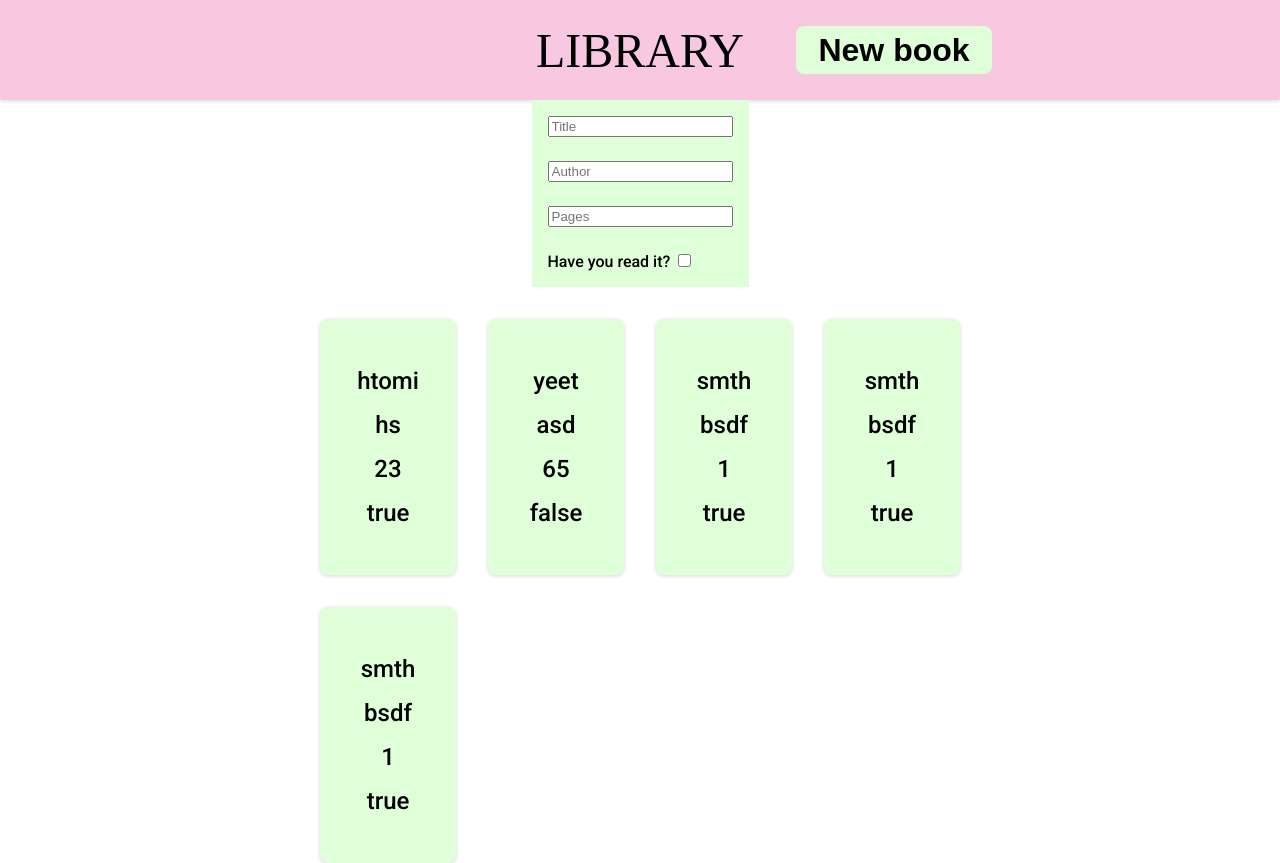
Repository: yeetzpxoci/library
Page: index.html
These files come from the project's save history. The page is drawn as it stood at one moment and after the next save; the edit follows.
The browser window is 1280 px wide. The pictures show the whole page.
Some web fonts or font styles are not loaded; a fallback is used.

Above is the page before, as saved 2023-02-21 16:00:16.

### index.html
<!DOCTYPE html>
<html lang="en">
<head>
    <meta charset="UTF-8">
    <meta http-equiv="X-UA-Compatible" content="IE=edge">
    <meta name="viewport" content="width=device-width, initial-scale=1.0">
    <title>Library</title>
    <link rel="stylesheet" href="styles.css">
    <link rel="preconnect" href="https://fonts.googleapis.com">
    <link rel="preconnect" href="https://fonts.gstatic.com" crossorigin>
    <link href="https://fonts.googleapis.com/css2?family=Roboto:wght@500&display=swap" rel="stylesheet">
    <link href="https://fonts.googleapis.com/css2?family=Gloock&display=swap" rel="stylesheet">
</head>
<body>
    <div class="header">
        <p></p>
        <p>LIBRARY</p>
        <button onclick="openForm()" id="newBook">New book</button>
    </div>

    <form id="input-form">
            <input type="text" name="title" id="title" placeholder="Title">
            <input type="text" name="author" id="author" placeholder="Author">
            <input type="number" name="pages" id="pages" placeholder="Pages">
            <div>
                <label for="read">Have you read it?</label>
                <input type="checkbox" name="read" id="read">
            </div>
    </form>

    <div id="cards">

    </div>
<script src="script.js"></script>
</body>
</html>

### styles.css
html, body {
    margin: 0;
    padding: 0;
}

body {
    display: flex;
    flex-direction: column;
    align-items: center;
    min-height: 100vh;
    background-color: white;
    font-family: 'Roboto', sans-serif;
}

.header {
    display: flex;
    align-items: center;
    justify-content: center;
    width: 100%;
    height: 100px;
    background-color: #F7C8E0;
    box-shadow: rgba(0, 0, 0, 0.16) 0px 1px 4px;
}

.header p {
    font-family: 'Gloock', serif;
    font-size: 48px;
}

#newBook {
    position: absolute;
    right: 288px;
    font-size: 32px;
    font-weight: bold;
    background-color: #DFFFD8;
    height: 48px;
    width:196px;
    border-radius: 8px;
    border-width: 0px;
}

#cards {
    display: grid;
    width: 50%;
    grid-template-columns: 1fr 1fr 1fr 1fr;
    gap: 32px;
    margin-top: 32px;
}

.card {
    width: 100%;
    height: 256px;
    background-color: #DFFFD8;
    font-size: 24px;
    border-radius: 8px;
    border-width: 0px;
    align-self: center;
    justify-self: center;
    box-shadow: rgba(0, 0, 0, 0.16) 0px 1px 4px;
    display: flex;
    flex-direction: column;
    align-items: center;
    justify-content: center;
    gap: 16px;
}

.card p {
    margin: 0px;
}


#input-form {
    display: flex;
    flex-direction: column;
    gap: 24px;
    background-color: #DFFFD8;
    padding: 16px;
}

### script.js
const title = document.getElementById("title").value
const author = document.getElementById("author").value
const pages = document.getElementById("pages").value
const read = document.getElementById("read").checked
const cards = document.getElementById("cards")

let myLibrary = [];

function Book(title, author, pages, read) {
    this.title = title;
    this.author = author;
    this.pages = pages;
    this.read = read;
    this.info = function () {
        return title + " by " + author + ", " + String(pages) + " pages, not read yet"
    }
}

function addBookToLibrary() {
    let book = new Book(title, author, pages, read);
    myLibrary.push(book);
    console.log(myLibrary.length)
}

function addBookInfo(div, book) {
    const newTitle = document.createElement("p");
    newTitle.innerHTML = book.title;
    const newAuthor = document.createElement("p");
    newAuthor.innerHTML = book.author;
    const newPages = document.createElement("p");
    newPages.innerHTML = book.pages;
    const newRead = document.createElement("p");
    newRead.innerHTML = book.read;
    div.appendChild(newTitle);
    div.appendChild(newAuthor);
    div.appendChild(newPages);
    div.appendChild(newRead);
}

function displayBooks() {
    for (let i = 0; i < myLibrary.length; i++) {
        const newDiv = document.createElement("div");
        newDiv.setAttribute("class", "card");
        addBookInfo(newDiv, myLibrary[i]);
        cards.appendChild(newDiv);
    }
}

function openForm() {
    document.getElementById("input-form").style.display = "flex"
}

document.addEventListener('mouseup', function (e) {
    var container = document.getElementById('input-form');
    if (!container.contains(e.target)) {
        container.style.display = 'none';
    }
});

let book1 = new Book("htomi" , "hs", 23, true);
let book2 = new Book("yeet", "asd", 65, false);
let book3 = new Book("smth", "bsdf", 1, true);
let book4 = new Book("smth", "bsdf", 1, true);
let book5 = new Book("smth", "bsdf", 1, true);
myLibrary.push(book1, book2, book3, book4, book5);
displayBooks();

After the next save:
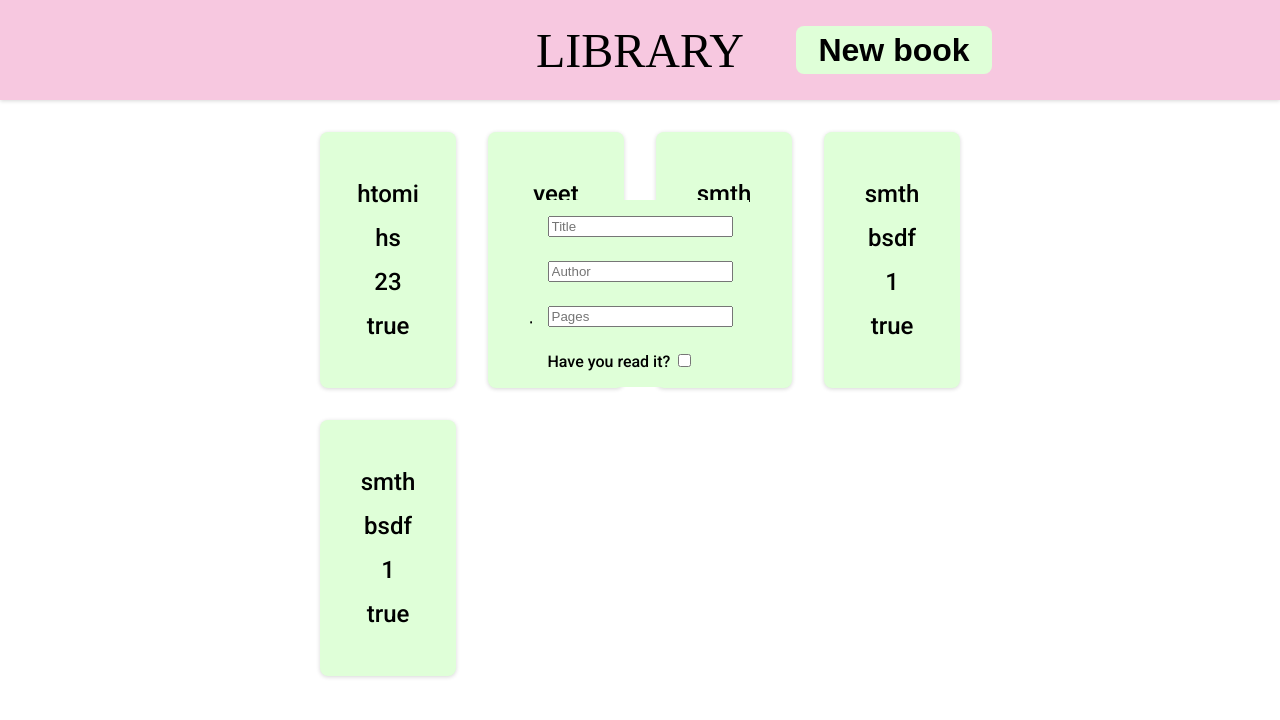
Saved 81 s later.
--- a/styles.css
+++ b/styles.css
@@ -70,6 +70,8 @@ body {
 
 
 #input-form {
+    position: absolute;
+    margin-top: 200px;
     display: flex;
     flex-direction: column;
     gap: 24px;
